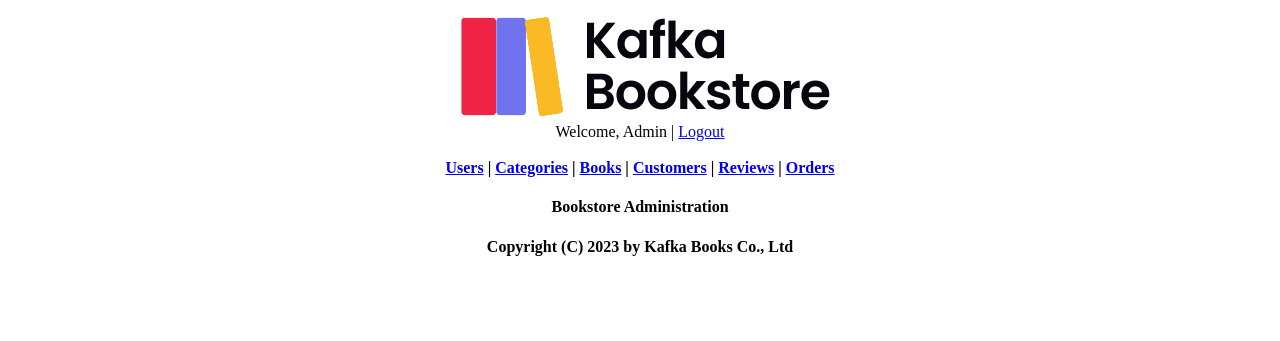
Repository: janvi2502/BookStore
Page: http://localhost/BookStoreWebsite/admin/message.jsp
An editor plug-in stored every save of this project. The page is shown before and after the next save, followed by the edit.
The browser window is 1280 px wide. The pictures show the whole page.
The page is served by Tomcat 10. Other server files are loaded and not shown.

Above is the page before, as saved 2023-10-27 11:15:11.

### BookStoreWebsite/WebContent/admin/message.jsp
<%@ page language="java" contentType="text/html; charset=UTF-8"
    pageEncoding="UTF-8"%>
<!DOCTYPE html>
<html>
<head>
<meta charset="UTF-8">
<title>Insert title here</title>
</head>
<body>
	<jsp:directive.include file="header.jsp" />

	<jsp:directive.include file="footer.jsp" />
</body>
</html>

### BookStoreWebsite/WebContent/admin/header.jsp
<div align="center">
	<div>
		<img src="../images/Kafka2.png" />
	</div>

	<div>
		Welcome, Admin | <a href="logout">Logout</a>
		<br/><br/>
	</div>
	<div>
		<b> <a href="list_users">Users</a> | <a href="categories">Categories</a>
			| <a href="books">Books</a> | <a href="customer">Customers</a> | <a
			href="reviews">Reviews</a> | <a href="orders">Orders</a>
		</b>
	</div>
</div>

### BookStoreWebsite/WebContent/admin/footer.jsp
<div align="center">
	<h4>Bookstore Administration</h4>
	<h4>Copyright (C) 2023 by Kafka Books Co., Ltd</h4>
</div>

After the next save:
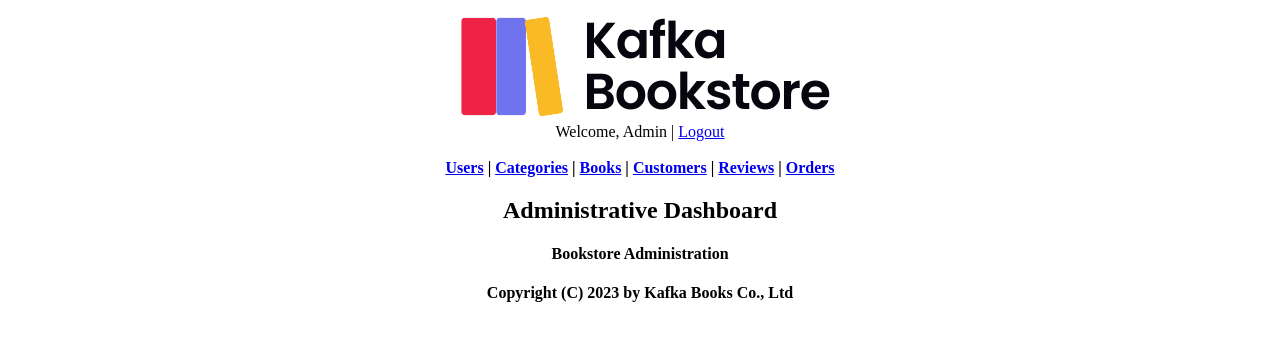
Saved 33 s later.
--- a/BookStoreWebsite/WebContent/admin/message.jsp
+++ b/BookStoreWebsite/WebContent/admin/message.jsp
@@ -9,6 +9,10 @@
 <body>
 	<jsp:directive.include file="header.jsp" />
 
+	<div align="center">
+		<h2>Administrative Dashboard</h2>
+	</div>
+
 	<jsp:directive.include file="footer.jsp" />
 </body>
 </html>

After the 2 saves that followed:
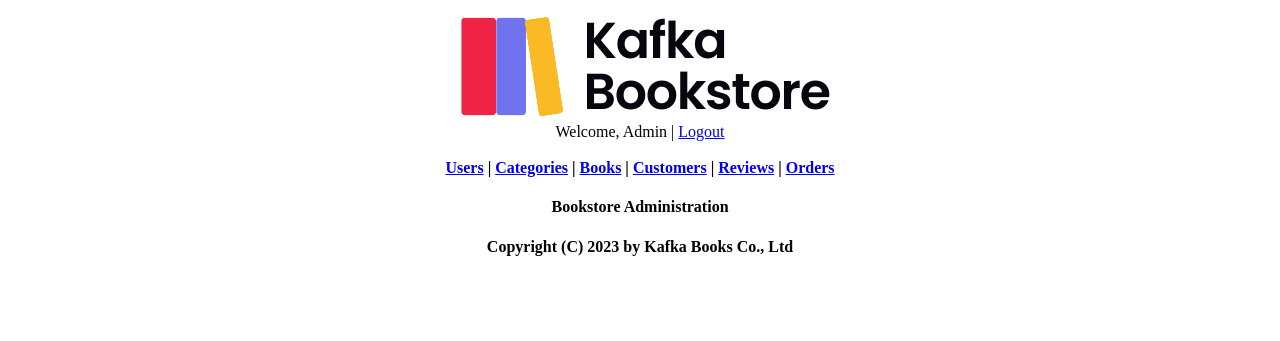
The 2 saves are shown as one change because 1 left the picture as it was.
The last was saved 57 s later.
--- a/BookStoreWebsite/WebContent/admin/message.jsp
+++ b/BookStoreWebsite/WebContent/admin/message.jsp
@@ -4,13 +4,13 @@
 <html>
 <head>
 <meta charset="UTF-8">
-<title>Insert title here</title>
+<title>Kafka Bookstore Administration</title>
 </head>
 <body>
 	<jsp:directive.include file="header.jsp" />
 
 	<div align="center">
-		<h2>Administrative Dashboard</h2>
+		<h3>${message}</h3>
 	</div>
 
 	<jsp:directive.include file="footer.jsp" />
